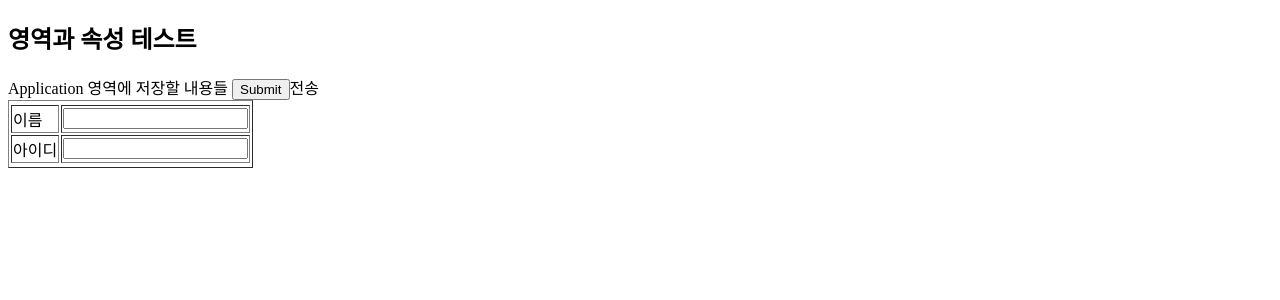
Repository: BancaKim/teamproject4
Page: http://localhost/JspDay3/JSPTEST2/dataTest1.jsp
The author's editor kept a copy of each file at every save. The page is drawn from the files as they stood at one save, then again after the next save.
The browser window is 1280 px wide. The pictures show the whole page.
The page is served by Tomcat 9.

Above is the page before, as saved 2024-05-02 00:28:59.

After the next save:
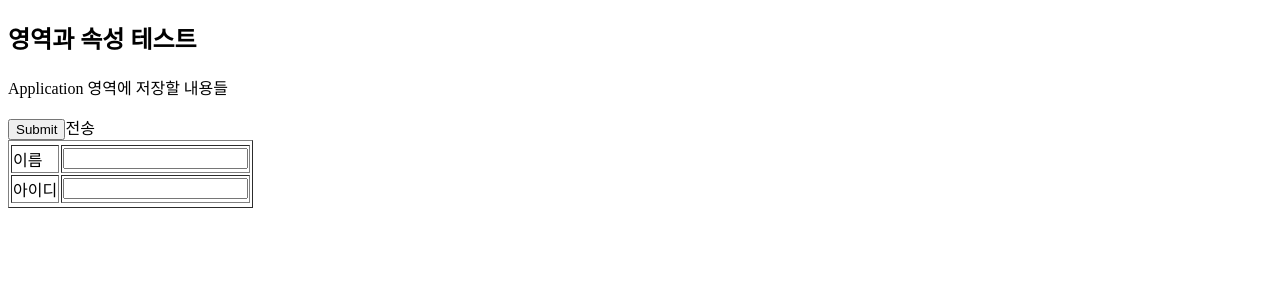
Saved 8 s later.
--- a/JspDay3/src/main/webapp/JSPTEST2/dataTest1.jsp
+++ b/JspDay3/src/main/webapp/JSPTEST2/dataTest1.jsp
@@ -11,7 +11,7 @@
 <form>
 <table border='1'>
 <tr>
-Application 영역에 저장할 내용들
+<p>Application 영역에 저장할 내용들</p>
 </tr>
 <tr>
 <td>이름</td>
